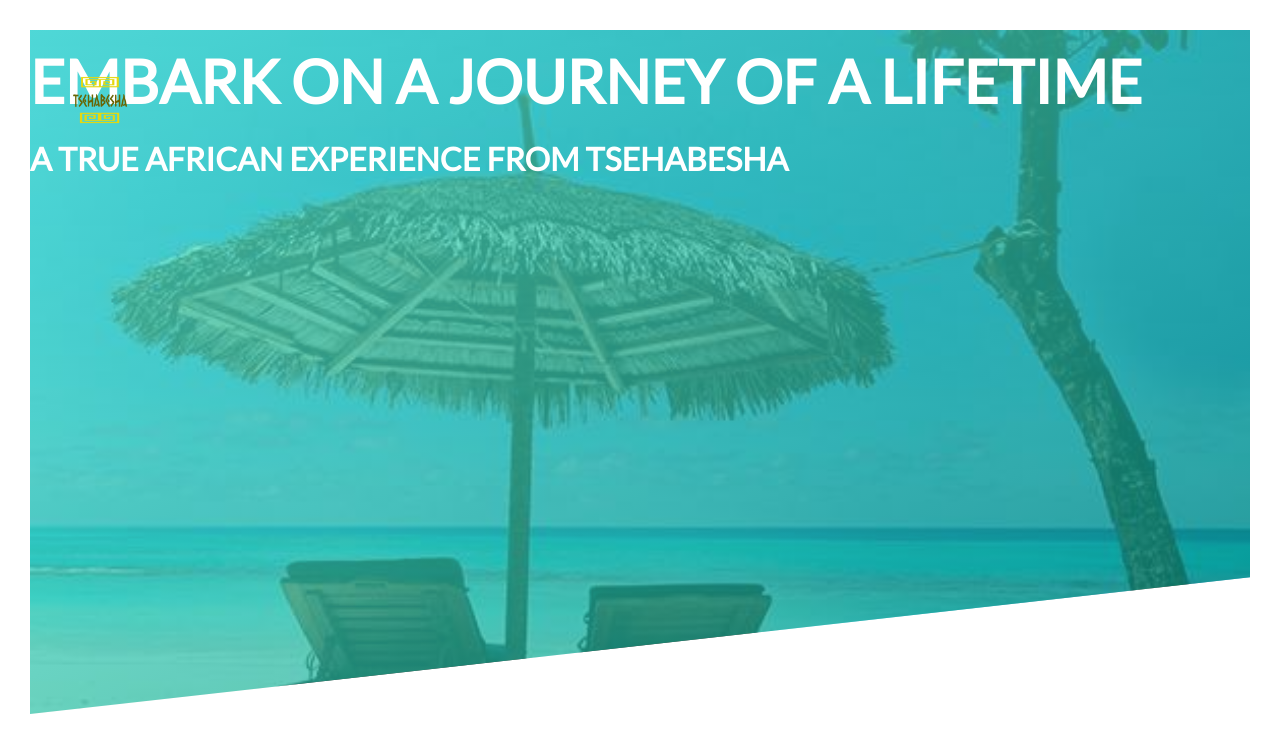
Repository: Azariagmt/tour-and-travel
Page: index.html
An editor plug-in stored every save of this project. The page is shown before and after the next save, followed by the edit.
The browser window is 1280 px wide. The pictures show the whole page.

Above is the page before, as saved 2020-03-24 16:59:31.

After the next save:
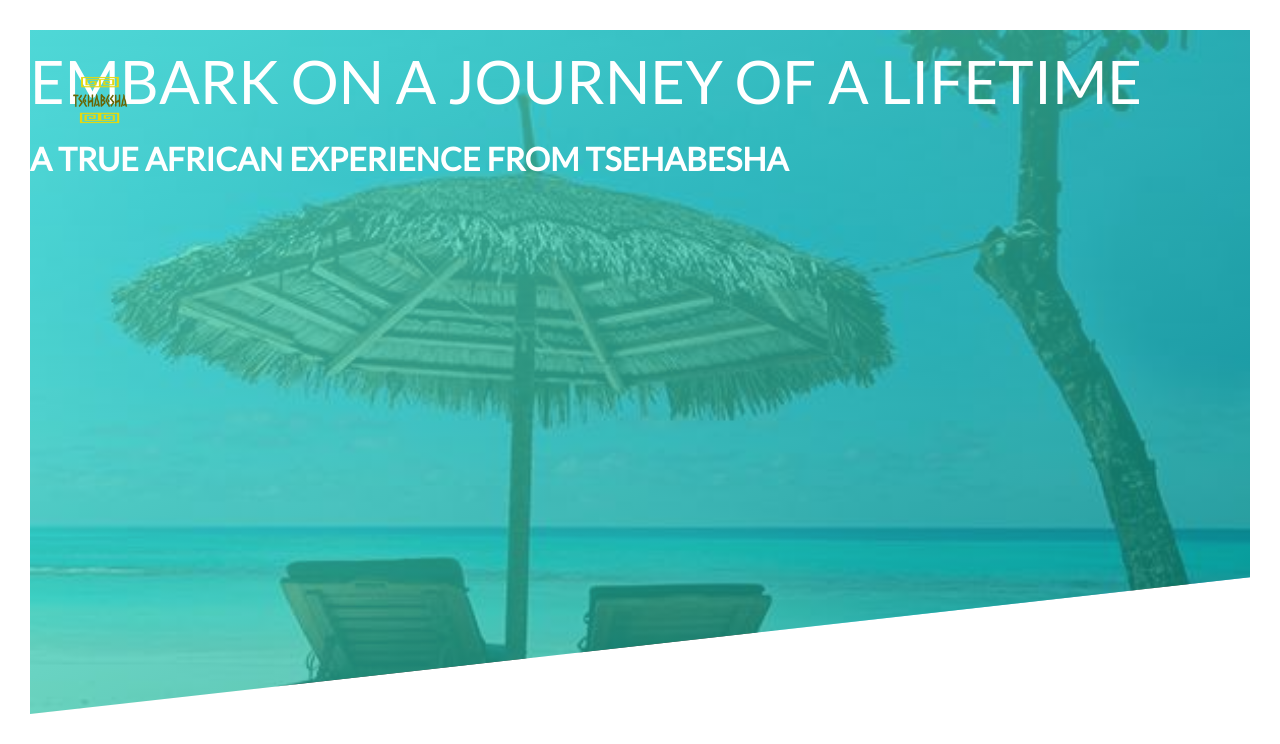
Saved 4 s later.
--- a/css/style.css
+++ b/css/style.css
@@ -41,7 +41,7 @@
 .heading-primary-main{
   display: block;
   font-size: 60px;
-  font-weight: ;
+  font-weight: 400;
 }
 
 .heading-primary-sub{
